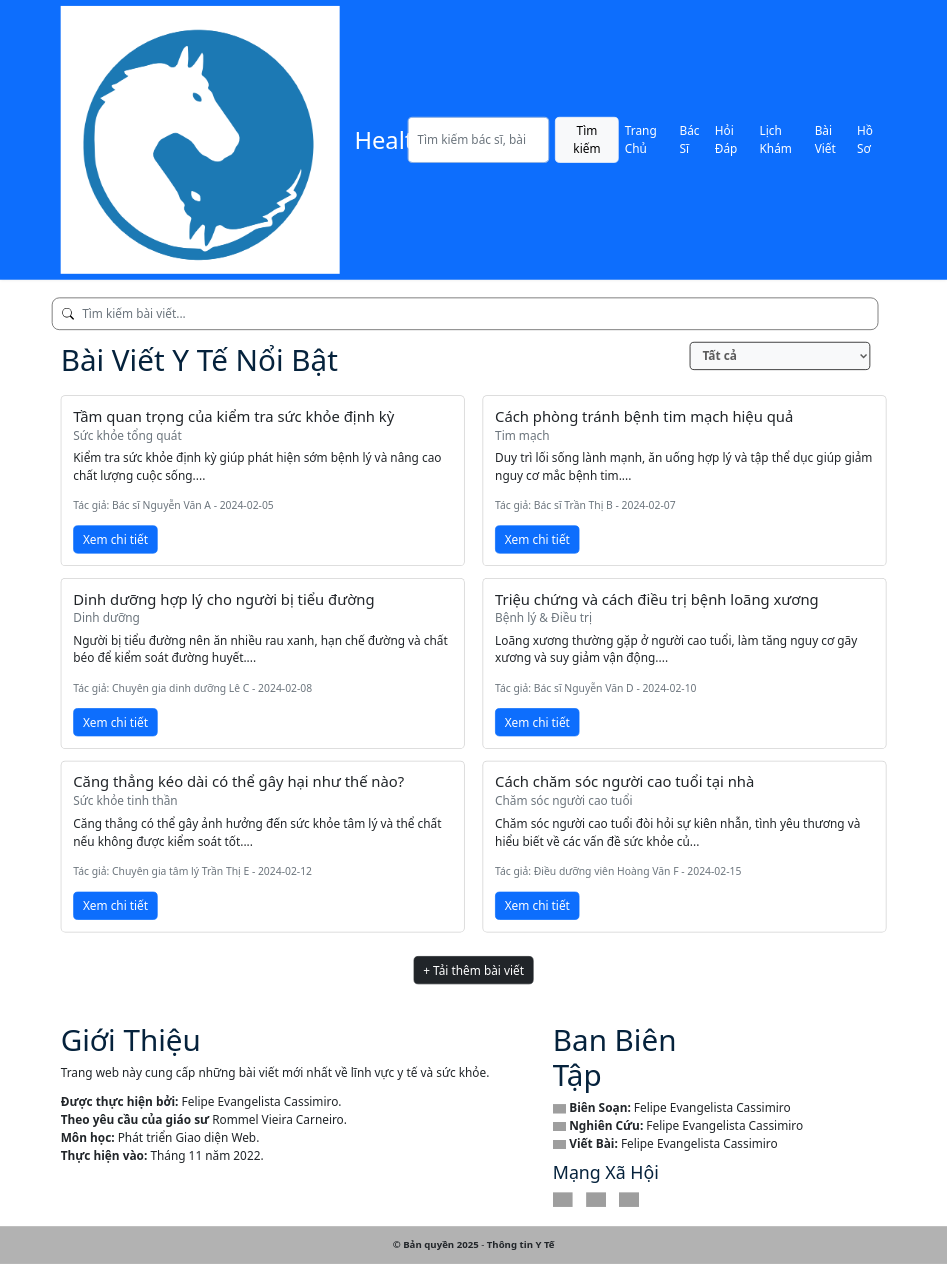
Repository: JonesKhaii/CodySocial
Page: tests/web-test/index.html
The author's editor kept a copy of each file at every save. The page is drawn from the files as they stood at one save, then again after the next save.
The browser window is 1280 px wide. The pictures show the whole page, at 74% of full size.
Pictures or frames that could not be fetched are drawn as grey boxes.

Above is the page before, as saved 2025-02-09 21:58:51.

### tests/web-test/index.html
<!DOCTYPE html>
<html lang="vi">
    <head>
        <title>Bài Viết Y Tế - Trang Chủ</title>
        <meta charset="UTF-8" />
        <meta name="author" content="Felipe E. Cassimiro" />
        <meta name="viewport" content="width=device-width, initial-scale=1.0" />

        <link rel="stylesheet" href="asset/css/mystyle.css" />
        <link
            href="https://cdn.jsdelivr.net/npm/bootstrap@5.2.3/dist/css/bootstrap.min.css"
            rel="stylesheet"
        />
        <script src="https://cdn.jsdelivr.net/npm/bootstrap@5.2.3/dist/js/bootstrap.bundle.min.js"></script>
        <script src="https://code.jquery.com/jquery-3.6.1.min.js"></script>
        <link rel="icon" href="Images/logo.png" />
    </head>

    <!-- <header>
        <nav class="navbar navbar-expand-lg bg-light">
            <div class="container-fluid Header">
                <a class="navbar-brand" href="index.html">
                    <img src="Images/logo.png" style="width: 100%" />
                </a>
                <button
                    class="navbar-toggler"
                    type="button"
                    data-bs-toggle="collapse"
                    data-bs-target="#navbarSupportedContent"
                    aria-controls="navbarSupportedContent"
                    aria-expanded="false"
                    aria-label="Chuyển đổi điều hướng"
                >
                    <span class="navbar-toggler-icon"></span>
                </button>
                <div
                    class="collapse navbar-collapse"
                    id="navbarSupportedContent"
                >
                    <ul class="navbar-nav me-auto mb-2 mb-lg-0">
                        <li class="nav-item">
                            <a
                                class="nav-link active"
                                aria-current="page"
                                href="index.html"
                                >Trang Chủ</a
                            >
                        </li>
                    </ul>
                </div>
            </div>
        </nav>
    </header> -->

    <body>
        <header
            class="navbar navbar-expand-lg navbar-light bg-primary shadow-sm"
        >
            <div class="container">
                <div class="logo-container d-flex align-items-center">
                    <img
                        src="asset/images/logo.png"
                        alt="Logo"
                        class="logo me-2"
                    />
                    <!-- Thêm logo ở đây -->
                    <a class="navbar-brand fs-2 text-white" href="#"
                        >Health Cody</a
                    >
                </div>
                <button
                    class="navbar-toggler"
                    type="button"
                    data-bs-toggle="collapse"
                    data-bs-target="#navbarNav"
                >
                    <span class="navbar-toggler-icon"></span>
                </button>
                <div class="collapse navbar-collapse" id="navbarNav">
                    <form class="d-flex flex-grow-1 me-auto ms-3">
                        <input
                            class="form-control me-2 w-75"
                            type="search"
                            placeholder="Tìm kiếm bác sĩ, bài viết..."
                            aria-label="Search"
                        />
                        <button class="btn btn-light" type="submit">
                            Tìm kiếm
                        </button>
                    </form>
                    <ul class="navbar-nav ms-auto">
                        <li class="nav-item">
                            <a class="nav-link text-white" href="#"
                                >Trang Chủ</a
                            >
                        </li>
                        <li class="nav-item">
                            <a class="nav-link text-white" href="doctors.html"
                                >Bác Sĩ</a
                            >
                        </li>
                        <li class="nav-item">
                            <a class="nav-link text-white" href="#">Hỏi Đáp</a>
                        </li>
                        <li class="nav-item">
                            <a
                                class="nav-link text-white"
                                href="appointment.html"
                                >Lịch Khám</a
                            >
                        </li>
                        <li class="nav-item">
                            <a class="nav-link text-white" href="blog.html"
                                >Bài Viết</a
                            >
                        </li>
                        <li class="nav-item">
                            <a class="nav-link text-white" href="#">Hồ Sơ</a>
                        </li>
                    </ul>
                </div>
            </div>
        </header>

        <div class="container-fluid mt-4">
            <div class="container">
                <!-- Thanh tìm kiếm -->
                <form class="nosubmit">
                    <div class="row">
                        <input
                            class="nosubmit form-control"
                            type="text"
                            id="Pesquisar"
                            placeholder="Tìm kiếm bài viết..."
                            autocomplete="off"
                        />
                    </div>
                </form>

                <!-- Tiêu đề và bộ lọc -->
                <div class="row mt-3">
                    <div class="col-6">
                        <h1>Bài Viết Y Tế Nổi Bật</h1>
                    </div>
                    <div class="col-6 text-end">
                        <select class="btn btn-light" id="Genero">
                            <option>Tất cả</option>
                            <option>Sức khỏe tổng quát</option>
                            <option>Tim mạch</option>
                            <option>Dinh dưỡng</option>
                            <option>Bệnh lý & Điều trị</option>
                            <option>Sức khỏe tinh thần</option>
                            <option>Chăm sóc người cao tuổi</option>
                            <option>Sức khỏe phụ nữ</option>
                            <option>Sức khỏe nam giới</option>
                        </select>
                    </div>
                </div>

                <!-- Danh sách bài viết -->
                <div class="row mt-3" id="Articles">
                    <!-- Bài viết sẽ được tải động vào đây -->
                </div>

                <!-- Nút tải thêm bài viết -->
                <div class="text-center">
                    <button
                        type="button"
                        class="btn btn-dark mt-3"
                        id="PlusArticles"
                    >
                        + Tải thêm bài viết
                    </button>
                </div>
            </div>
        </div>

        <div class="container-fluid About" id="About">
            <div class="container">
                <div class="row">
                    <div class="col-7">
                        <h1 class="col-7">Giới Thiệu</h1>
                        <p>
                            Trang web này cung cấp những bài viết mới nhất về
                            lĩnh vực y tế và sức khỏe.
                        </p>
                        <p>
                            <b>Được thực hiện bởi:</b> Felipe Evangelista
                            Cassimiro.<br />
                            <b>Theo yêu cầu của giáo sư</b> Rommel Vieira
                            Carneiro.<br />
                            <b>Môn học:</b> Phát triển Giao diện Web.<br />
                            <b>Thực hiện vào:</b> Tháng 11 năm 2022.
                        </p>
                    </div>
                    <div class="col-5">
                        <h1 class="col-5">Ban Biên Tập</h1>
                        <img id="Ico" src="Images/icone.png" /><b>
                            Biên Soạn: </b
                        >Felipe Evangelista Cassimiro<br />
                        <img id="Ico" src="Images/icone.png" /><b>
                            Nghiên Cứu: </b
                        >Felipe Evangelista Cassimiro<br />
                        <img id="Ico" src="Images/icone.png" /><b> Viết Bài: </b
                        >Felipe Evangelista Cassimiro

                        <h4 style="margin-top: 3%">Mạng Xã Hội</h4>
                        <img
                            id="Social"
                            src="Images/facebook.png"
                            style="margin-right: 3%"
                        />
                        <img
                            id="Social"
                            src="Images/twitter.png"
                            style="margin-right: 3%"
                        />
                        <img
                            id="Social"
                            src="Images/instagram.png"
                            style="margin-right: 3%"
                        />
                    </div>
                </div>
            </div>
        </div>

        <footer class="text-center p-3 mt-4">
            <div><b>© Bản quyền 2025</b> - <b>Thông tin Y Tế</b></div>
        </footer>

        <!-- Script -->
        <script src="asset/js/main.js"></script>
    </body>
</html>

### tests/web-test/asset/css/mystyle.css
/*General*/
h1 {
    color: #05223c;
    font-weight: bold;
}

h4 {
    color: #05223c;
    font-weight: bold;
}

.container-fluid {
    margin-top: 4%;
    margin-bottom: 2%;
}

.col-4 > p {
    margin-top: 3%;
    margin-bottom: 1%;
}

.col-4 > p > ol {
    margin-bottom: 1%;
}

.row {
    margin-top: 2% !important;
}

.col-12 > h1 {
    text-align: center;
}
/*End General*/

/*Header*/
header > .navbar {
    padding: 0px;
    border-top: 10px solid #747474;
    border-bottom: 10px solid #747474;
}

.Header {
    background-color: #747474;
    padding: 0px;
    margin: 0px;
}

#navbarSupportedContent {
    flex-grow: 0;
}

.navbar-toggler {
    margin-right: 12px;
    float: right;
}
.navbar-brand {
    margin-left: 12px;
    width: 40px;
}
/*End Header*/

/*Body*/
form.nosubmit {
    border: none;
    padding: 0;
}

input.nosubmit {
    border-radius: 10px;
    width: 98%;
    border: 1px solid #555;
    display: block;
    padding: 9px 4px 9px 40px;
    background: transparent
        url("data:[embedded picture, 348 characters]")
        no-repeat 13px center;
}

#Ordem > option,
#Genero > option {
    text-align: left;
}

#Ordem,
#Genero {
    margin-right: 4%;
    float: right;
    border: 1px solid black;
    color: #5b5b5b;
    font-weight: bold;
}

#Games > div > img {
    width: 100%;
    height: 250px;
}

#Games > div {
    margin-top: 2%;
}

#Games > div > a {
    margin-top: 1.5%;
    color: black;
    text-decoration: none;
    font-size: 1.25rem;
    margin-top: 0;
    margin-bottom: 0.5rem;
    font-weight: 500;
    line-height: 1.2;
}

#Games > div > a:hover {
    color: gray;
}

#Publisher > div > img {
    width: 100%;
    height: 250px;
}

#Desc > img {
    height: 450px;
}

@media (max-width: 1200px) {
    #Games > div > img {
        height: 180px;
    }
    #Publisher > div > img {
        height: 180px;
    }
}

@media (max-width: 1065px) {
    #Desc > img {
        height: 450px;
    }
}

@media (max-width: 990px) {
    #Desc > img {
        height: 370px;
    }
}

@media (max-width: 768px) {
    #Games > div > img {
        height: 250px;
    }
    #Publisher > div > img {
        height: 250px;
    }
    #Desc > img {
        height: 270px;
    }
}

@media (max-width: 610px) {
    #Desc > img {
        height: 230px;
    }
}

@media (max-width: 450px) {
    #Games > div > img {
        height: 180px;
    }
    #Publisher > div > img {
        height: 180px;
    }
    #Desc > img {
        height: 180px;
    }
}

@media (max-width: 350px) {
    #Desc > img {
        height: 140px;
    }
}
/*Fim Body*/

/*Footer*/
#About > div > div > div > #Ico {
    width: 4%;
}

#About > div > div > div > #Social {
    width: 6%;
}

@media (max-width: 990px) {
    #About > div > div > div > #Ico {
        width: 6%;
    }
    #About > div > div > div > #Social {
        width: 8%;
    }
}

@media (max-width: 760px) {
    #About > div > div > div > #Ico {
        width: 8%;
    }
    #About > div > div > div > #Social {
        width: 10%;
    }
}

footer {
    background-color: #b2b2b2;
    font-size: small;
    width: 100%;
}

footer > div > img {
    float: right;
    padding-right: 15px;
}
/*Fim Footer*/

### tests/web-test/asset/js/main.js
$(document).ready(function () {
    loadArticles(false, window.screen.width);
});

// Biến đếm số trang để tải thêm bài viết
var countArticles = 1;

// Sự kiện khi nhấn nút "Tải thêm bài viết"
$("#PlusArticles").click(function () {
    countArticles += 1;
    loadArticles(false, window.screen.width);
});

// Sự kiện thay đổi thể loại bài viết
$("#Genero").on('change', function () {
    countArticles = 1;
    loadArticles(true, window.screen.width);
});

// Sự kiện tìm kiếm bài viết
$('#Pesquisar').on('input', function () {
    countArticles = 1;
    loadArticles(true, window.screen.width);
});

// Thay đổi bố cục khi thay đổi kích thước cửa sổ
$(window).resize(function () {
    var width = $(window).width();
    adjustLayout(width);
});

// Hàm tải bài viết từ file JSON
function loadArticles(clearArticles, w_width) {
    if (clearArticles) {
        $("#Articles").empty();
    }

    $.getJSON("asset/js/articles.json", function (data) {
        // Lọc bài viết theo thể loại
        let selectedCategory = $("#Genero option:selected").text().toLowerCase();
        if (selectedCategory !== "tất cả") {
            data = data.filter(article => article.category.toLowerCase() === selectedCategory);
        }

        // Tìm kiếm bài viết theo tiêu đề
        let searchQuery = $("#Pesquisar").val().toLowerCase();
        if (searchQuery !== "") {
            data = data.filter(article => article.title.toLowerCase().includes(searchQuery));
        }

        // Phân trang (mỗi lần tải thêm 6 bài viết)
        let startIndex = (countArticles - 1) * 6;
        let articlesToShow = data.slice(startIndex, startIndex + 6);

        // Hiển thị bài viết
        articlesToShow.forEach(article => {
            let articleHtml = `
                <div class="col-${getColumnSize(w_width)}">
                    <div class="card mb-3">
                        <div class="card-body">
                            <h5 class="card-title">${article.title}</h5>
                            <h6 class="card-subtitle mb-2 text-muted">${article.category}</h6>
                            <p class="card-text">${article.content.substring(0, 100)}...</p>
                            <p class="card-text"><small class="text-muted">Tác giả: ${article.author} - ${article.published_date}</small></p>
                            <a href="article-detail.html?id=${article.id}" class="btn btn-primary">Xem chi tiết</a>
                        </div>
                    </div>
                </div>
            `;
            $("#Articles").append(articleHtml);
        });

        // Ẩn nút "Tải thêm" nếu không còn bài viết nào
        if (startIndex + 6 >= data.length) {
            $("#PlusArticles").hide();
        } else {
            $("#PlusArticles").show();
        }
    }).fail(function () {
        console.error("Không thể tải dữ liệu từ articles.json");
    });
}

// Hàm xác định số cột hiển thị dựa trên kích thước màn hình
function getColumnSize(w_width) {
    if (w_width <= 768) return 12;  // 1 cột trên màn hình nhỏ
    if (w_width > 768 && w_width <= 990) return 6; // 2 cột trên màn hình trung bình
    return 4; // 3 cột trên màn hình lớn
}

// Hàm điều chỉnh bố cục khi thay đổi kích thước cửa sổ
function adjustLayout(width) {
    $('#Articles').children().each(function () {
        $(this).attr('class', `col-${getColumnSize(width)}`);
    });
}

### tests/web-test/asset/js/articles.json
[
    {
        "id": 1,
        "title": "Tầm quan trọng của kiểm tra sức khỏe định kỳ",
        "category": "Sức khỏe tổng quát",
        "content": "Kiểm tra sức khỏe định kỳ giúp phát hiện sớm bệnh lý và nâng cao chất lượng cuộc sống.",
        "author": "Bác sĩ Nguyễn Văn A",
        "published_date": "2024-02-05"
    },
    {
        "id": 2,
        "title": "Cách phòng tránh bệnh tim mạch hiệu quả",
        "category": "Tim mạch",
        "content": "Duy trì lối sống lành mạnh, ăn uống hợp lý và tập thể dục giúp giảm nguy cơ mắc bệnh tim.",
        "author": "Bác sĩ Trần Thị B",
        "published_date": "2024-02-07"
    },
    {
        "id": 3,
        "title": "Dinh dưỡng hợp lý cho người bị tiểu đường",
        "category": "Dinh dưỡng",
        "content": "Người bị tiểu đường nên ăn nhiều rau xanh, hạn chế đường và chất béo để kiểm soát đường huyết.",
        "author": "Chuyên gia dinh dưỡng Lê C",
        "published_date": "2024-02-08"
    },
    {
        "id": 4,
        "title": "Triệu chứng và cách điều trị bệnh loãng xương",
        "category": "Bệnh lý & Điều trị",
        "content": "Loãng xương thường gặp ở người cao tuổi, làm tăng nguy cơ gãy xương và suy giảm vận động.",
        "author": "Bác sĩ Nguyễn Văn D",
        "published_date": "2024-02-10"
    },
    {
        "id": 5,
        "title": "Căng thẳng kéo dài có thể gây hại như thế nào?",
        "category": "Sức khỏe tinh thần",
        "content": "Căng thẳng có thể gây ảnh hưởng đến sức khỏe tâm lý và thể chất nếu không được kiểm soát tốt.",
        "author": "Chuyên gia tâm lý Trần Thị E",
        "published_date": "2024-02-12"
    },
    {
        "id": 6,
        "title": "Cách chăm sóc người cao tuổi tại nhà",
        "category": "Chăm sóc người cao tuổi",
        "content": "Chăm sóc người cao tuổi đòi hỏi sự kiên nhẫn, tình yêu thương và hiểu biết về các vấn đề sức khỏe của họ.",
        "author": "Điều dưỡng viên Hoàng Văn F",
        "published_date": "2024-02-15"
    },
    {
        "id": 7,
        "title": "Dấu hiệu sớm của ung thư vú cần lưu ý",
        "category": "Sức khỏe phụ nữ",
        "content": "Phát hiện sớm ung thư vú giúp nâng cao hiệu quả điều trị và giảm nguy cơ biến chứng.",
        "author": "Bác sĩ Lê Hồng G",
        "published_date": "2024-02-18"
    },
    {
        "id": 8,
        "title": "Cách tăng cường sức khỏe sinh sản cho nam giới",
        "category": "Sức khỏe nam giới",
        "content": "Dinh dưỡng và lối sống lành mạnh giúp cải thiện sức khỏe sinh sản ở nam giới.",
        "author": "Bác sĩ Nguyễn Hoàng H",
        "published_date": "2024-02-20"
    },
    {
        "id": 9,
        "title": "Những thực phẩm tốt cho hệ tiêu hóa",
        "category": "Dinh dưỡng",
        "content": "Một số loại thực phẩm giúp cải thiện hệ tiêu hóa, giảm táo bón và tăng cường sức khỏe đường ruột.",
        "author": "Chuyên gia dinh dưỡng Trần Minh I",
        "published_date": "2024-02-22"
    },
    {
        "id": 10,
        "title": "Bí quyết duy trì huyết áp ổn định",
        "category": "Tim mạch",
        "content": "Hạn chế muối, ăn nhiều rau xanh và tập thể dục giúp kiểm soát huyết áp hiệu quả.",
        "author": "Bác sĩ Nguyễn Anh J",
        "published_date": "2024-02-25"
    },
    {
        "id": 11,
        "title": "Tập thể dục buổi sáng có lợi ích gì?",
        "category": "Sức khỏe tổng quát",
        "content": "Tập thể dục buổi sáng giúp cải thiện tuần hoàn máu, tăng cường năng lượng và tinh thần.",
        "author": "Huấn luyện viên thể dục Hoàng Văn K",
        "published_date": "2024-02-27"
    },
    {
        "id": 12,
        "title": "Cách nhận biết dấu hiệu đột quỵ sớm",
        "category": "Bệnh lý & Điều trị",
        "content": "Nhận biết sớm dấu hiệu đột quỵ giúp tăng khả năng cứu sống và phục hồi nhanh hơn.",
        "author": "Bác sĩ Phạm Thị L",
        "published_date": "2024-03-01"
    },
    {
        "id": 13,
        "title": "Tác hại của thiếu ngủ đối với sức khỏe",
        "category": "Sức khỏe tinh thần",
        "content": "Thiếu ngủ kéo dài có thể làm suy giảm trí nhớ, gây béo phì và tăng nguy cơ bệnh tim mạch.",
        "author": "Bác sĩ Nguyễn Hoàng M",
        "published_date": "2024-03-03"
    },
    {
        "id": 14,
        "title": "Hướng dẫn chế độ ăn kiêng lành mạnh",
        "category": "Dinh dưỡng",
        "content": "Một chế độ ăn kiêng lành mạnh giúp duy trì cân nặng và bảo vệ sức khỏe tim mạch.",
        "author": "Chuyên gia dinh dưỡng Lê Minh N",
        "published_date": "2024-03-05"
    },
    {
        "id": 15,
        "title": "Những điều cần biết về tiêm chủng cho trẻ em",
        "category": "Sức khỏe tổng quát",
        "content": "Tiêm chủng giúp bảo vệ trẻ khỏi các bệnh truyền nhiễm nguy hiểm.",
        "author": "Bác sĩ Nhi khoa Phạm Thị O",
        "published_date": "2024-03-07"
    }
]

After the next save:
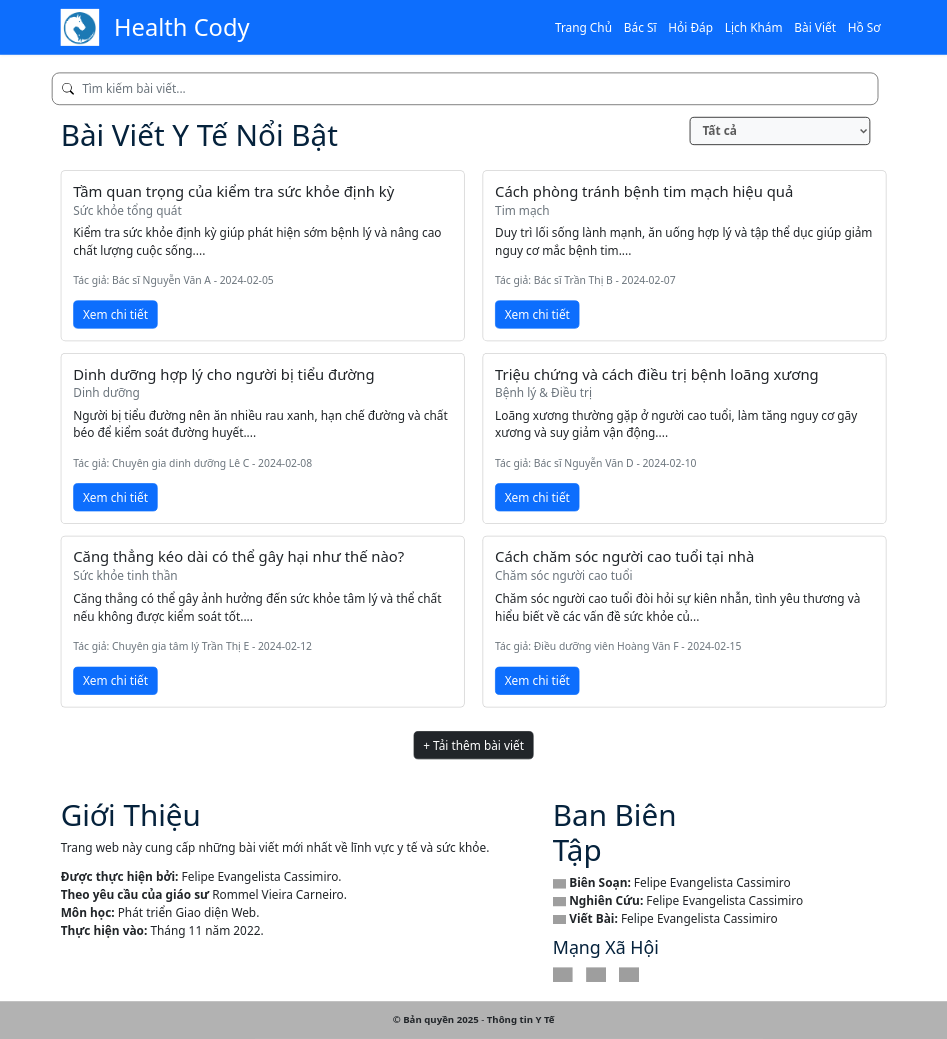
Saved 2 min 1 s later.
--- a/tests/web-test/index.html
+++ b/tests/web-test/index.html
@@ -57,17 +57,20 @@
             class="navbar navbar-expand-lg navbar-light bg-primary shadow-sm"
         >
             <div class="container">
+                <!-- Logo và tên thương hiệu -->
                 <div class="logo-container d-flex align-items-center">
                     <img
                         src="asset/images/logo.png"
                         alt="Logo"
                         class="logo me-2"
+                        style="height: 50px"
                     />
-                    <!-- Thêm logo ở đây -->
                     <a class="navbar-brand fs-2 text-white" href="#"
                         >Health Cody</a
                     >
                 </div>
+
+                <!-- Nút Toggle cho Mobile -->
                 <button
                     class="navbar-toggler"
                     type="button"
@@ -76,18 +79,9 @@
                 >
                     <span class="navbar-toggler-icon"></span>
                 </button>
+
+                <!-- Menu chính -->
                 <div class="collapse navbar-collapse" id="navbarNav">
-                    <form class="d-flex flex-grow-1 me-auto ms-3">
-                        <input
-                            class="form-control me-2 w-75"
-                            type="search"
-                            placeholder="Tìm kiếm bác sĩ, bài viết..."
-                            aria-label="Search"
-                        />
-                        <button class="btn btn-light" type="submit">
-                            Tìm kiếm
-                        </button>
-                    </form>
                     <ul class="navbar-nav ms-auto">
                         <li class="nav-item">
                             <a class="nav-link text-white" href="#"
